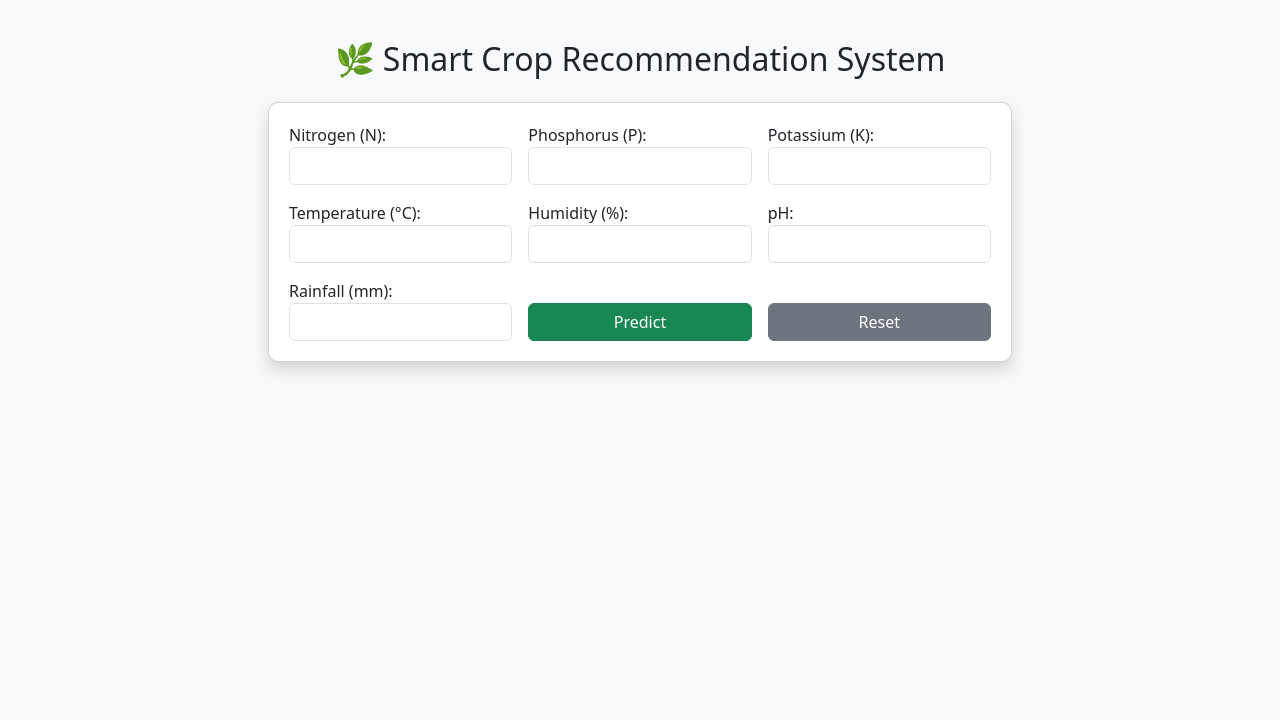
Repository: imdhanush13/Smart-Crop-recom
Page: http://localhost/
An editor plug-in stored every save of this project. The page is shown before and after the next save, followed by the edit.
The browser window is 1280 px wide. The pictures show the whole page.
The page is served by the project's application, run on Flask 3 (app.py).

Above is the page before, as saved 2025-06-15 20:32:16.

### templates/index.html
<!DOCTYPE html>
<html lang="en">
<head>
    <meta charset="UTF-8">
    <title>Crop Recommendation System</title>
    <link href="https://cdn.jsdelivr.net/npm/bootstrap@5.3.3/dist/css/bootstrap.min.css" rel="stylesheet">
    <style>
        body {
            background-color: #f8f9fa;
        }
        .container {
            margin-top: 40px;
        }
        .card {
            padding: 20px;
            border-radius: 10px;
        }
    </style>
</head>
<body>
    <div class="container">
        <h2 class="text-center mb-4">🌿 Smart Crop Recommendation System</h2>
        <div class="card shadow col-lg-8 mx-auto">
            <form method="POST" action="/">
                <div class="row g-3">
                    <div class="col-md-4">
                        <label>Nitrogen (N):</label>
                        <input type="number" name="N" class="form-control" required>
                    </div>
                    <div class="col-md-4">
                        <label>Phosphorus (P):</label>
                        <input type="number" name="P" class="form-control" required>
                    </div>
                    <div class="col-md-4">
                        <label>Potassium (K):</label>
                        <input type="number" name="K" class="form-control" required>
                    </div>
                    <div class="col-md-4">
                        <label>Temperature (°C):</label>
                        <input type="number" step="any" name="temperature" class="form-control" required>
                    </div>
                    <div class="col-md-4">
                        <label>Humidity (%):</label>
                        <input type="number" step="any" name="humidity" class="form-control" required>
                    </div>
                    <div class="col-md-4">
                        <label>pH:</label>
                        <input type="number" step="any" name="ph" class="form-control" required>
                    </div>
                    <div class="col-md-4">
                        <label>Rainfall (mm):</label>
                        <input type="number" step="any" name="rainfall" class="form-control" required>
                    </div>
                    <div class="col-md-4 d-flex align-items-end">
                        <input type="submit" value="Predict" class="btn btn-success w-100">
                    </div>
                    <div class="col-md-4 d-flex align-items-end">
                        <a href="/" class="btn btn-secondary w-100">Reset</a>
                    </div>
                </div>
            </form>

            {% if prediction_text %}
            <div class="alert alert-info mt-4 text-center">
                <h5>{{ prediction_text }}</h5>
            </div>
            {% endif %}
        </div>
    </div>
</body>
</html>

### app.py
from flask import Flask, render_template, request
import joblib
import numpy as np
import mysql.connector
from sklearn.preprocessing import LabelEncoder

app = Flask(__name__)

# Load the trained model and LabelEncoder
model = joblib.load("crop_recommendation_model.pkl")       # Your trained model
label_encoder = joblib.load("label_encoder.pkl")           # Corresponding LabelEncoder

# MySQL connection
db = mysql.connector.connect(
    host="localhost",
    user="root",
    password="Dhanush08@",   # ✅ Change if needed
    database="crop"
)
cursor = db.cursor()

@app.route("/", methods=["GET", "POST"])
def predict_crop():
    prediction_text = None

    if request.method == "POST":
        try:
            # Get input values from form
            N = int(request.form["N"])
            P = int(request.form["P"])
            K = int(request.form["K"])
            temp = float(request.form["temperature"])
            humidity = float(request.form["humidity"])
            ph = float(request.form["ph"])
            rainfall = float(request.form["rainfall"])

            # Make prediction
            features = np.array([[N, P, K, temp, humidity, ph, rainfall]])
            prediction = model.predict(features)[0]

            # Decode predicted label
            crop_name = label_encoder.inverse_transform([prediction])[0]

            # Store input + prediction in DB
            insert_query = """
                INSERT INTO crop_data (N, P, K, temperature, humidity, ph, rainfall, predicted_crop)
                VALUES (%s, %s, %s, %s, %s, %s, %s, %s)
            """
            values = (N, P, K, temp, humidity, ph, rainfall, crop_name)
            cursor.execute(insert_query, values)
            db.commit()

            prediction_text = f"🌾 Recommended Crop: {crop_name.capitalize()}"

        except Exception as e:
            prediction_text = f"❌ Error: {str(e)}"

    return render_template("index.html", prediction_text=prediction_text)

if __name__ == "__main__":
    app.run(debug=True)

After the next save:
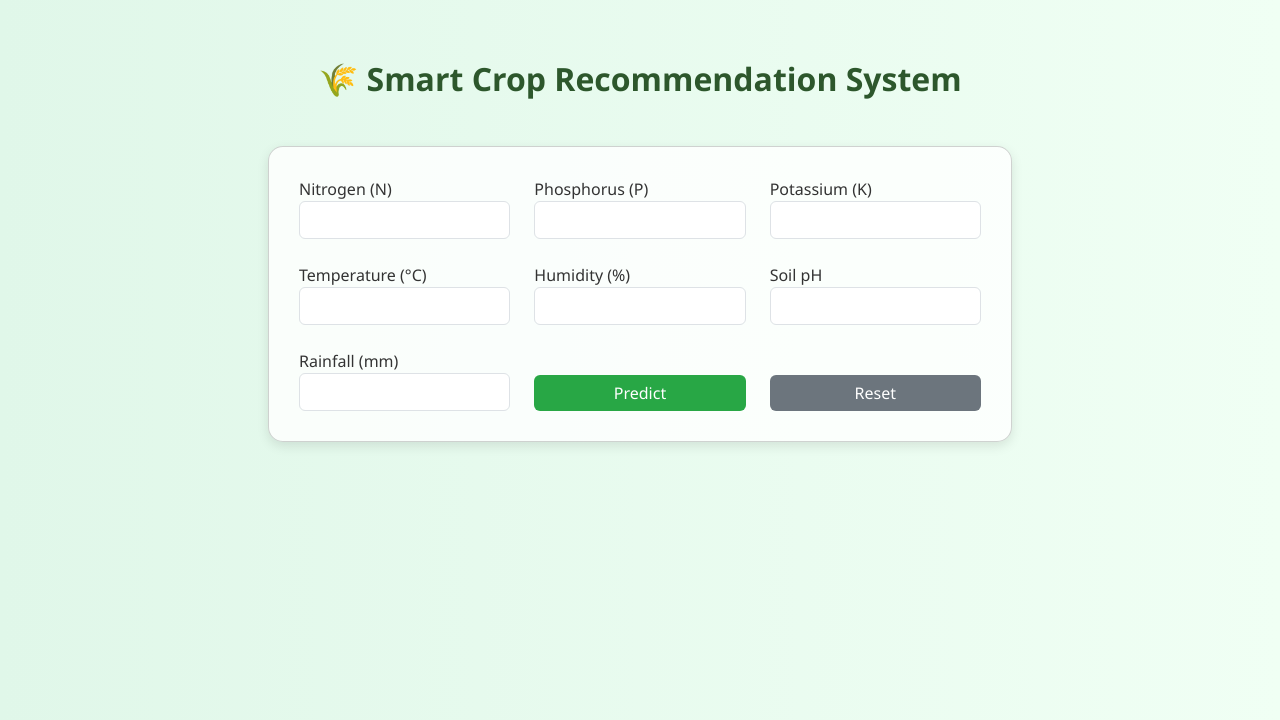
Saved 77 s later.
--- a/templates/index.html
+++ b/templates/index.html
@@ -2,57 +2,82 @@
 <html lang="en">
 <head>
     <meta charset="UTF-8">
-    <title>Crop Recommendation System</title>
+    <title>🌿 Smart Crop Recommendation</title>
     <link href="https://cdn.jsdelivr.net/npm/bootstrap@5.3.3/dist/css/bootstrap.min.css" rel="stylesheet">
     <style>
         body {
-            background-color: #f8f9fa;
+            background: linear-gradient(to right, #e0f7e9, #f0fff4);
+            font-family: 'Segoe UI', sans-serif;
         }
         .container {
-            margin-top: 40px;
+            margin-top: 60px;
         }
         .card {
-            padding: 20px;
-            border-radius: 10px;
+            background-color: #ffffffcc;
+            padding: 30px;
+            border-radius: 15px;
+            box-shadow: 0 4px 12px rgba(0,0,0,0.1);
+        }
+        h2 {
+            font-weight: bold;
+            color: #2d572c;
+        }
+        label {
+            font-weight: 500;
+            color: #333;
+        }
+        .btn-success {
+            background-color: #28a745;
+            border: none;
+        }
+        .btn-secondary {
+            background-color: #6c757d;
+            border: none;
+        }
+        .alert-info {
+            background-color: #e2f4ea;
+            color: #14532d;
+            font-weight: bold;
+            border: 1px solid #c8e6c9;
         }
     </style>
 </head>
 <body>
     <div class="container">
-        <h2 class="text-center mb-4">🌿 Smart Crop Recommendation System</h2>
-        <div class="card shadow col-lg-8 mx-auto">
+        <h2 class="text-center mb-5">🌾 Smart Crop Recommendation System</h2>
+        <div class="card col-lg-8 mx-auto">
             <form method="POST" action="/">
-                <div class="row g-3">
+                <div class="row g-4">
                     <div class="col-md-4">
-                        <label>Nitrogen (N):</label>
-                        <input type="number" name="N" class="form-control" required>
+                        <label for="N">Nitrogen (N)</label>
+                        <input type="number" id="N" name="N" class="form-control" required>
                     </div>
                     <div class="col-md-4">
-                        <label>Phosphorus (P):</label>
-                        <input type="number" name="P" class="form-control" required>
+                        <label for="P">Phosphorus (P)</label>
+                        <input type="number" id="P" name="P" class="form-control" required>
                     </div>
                     <div class="col-md-4">
-                        <label>Potassium (K):</label>
-                        <input type="number" name="K" class="form-control" required>
+                        <label for="K">Potassium (K)</label>
+                        <input type="number" id="K" name="K" class="form-control" required>
                     </div>
                     <div class="col-md-4">
-                        <label>Temperature (°C):</label>
-                        <input type="number" step="any" name="temperature" class="form-control" required>
+                        <label for="temperature">Temperature (°C)</label>
+                        <input type="number" step="any" id="temperature" name="temperature" class="form-control" required>
                     </div>
                     <div class="col-md-4">
-                        <label>Humidity (%):</label>
-                        <input type="number" step="any" name="humidity" class="form-control" required>
+                        <label for="humidity">Humidity (%)</label>
+                        <input type="number" step="any" id="humidity" name="humidity" class="form-control" required>
                     </div>
                     <div class="col-md-4">
-                        <label>pH:</label>
-                        <input type="number" step="any" name="ph" class="form-control" required>
+                        <label for="ph">Soil pH</label>
+                        <input type="number" step="any" id="ph" name="ph" class="form-control" required>
                     </div>
                     <div class="col-md-4">
-                        <label>Rainfall (mm):</label>
-                        <input type="number" step="any" name="rainfall" class="form-control" required>
+                        <label for="rainfall">Rainfall (mm)</label>
+                        <input type="number" step="any" id="rainfall" name="rainfall" class="form-control" required>
                     </div>
                     <div class="col-md-4 d-flex align-items-end">
-                        <input type="submit" value="Predict" class="btn btn-success w-100">
+                        <button type="submit" class="btn btn-success w-100">Predict</button>
                     </div>
                     <div class="col-md-4 d-flex align-items-end">
                         <a href="/" class="btn btn-secondary w-100">Reset</a>
